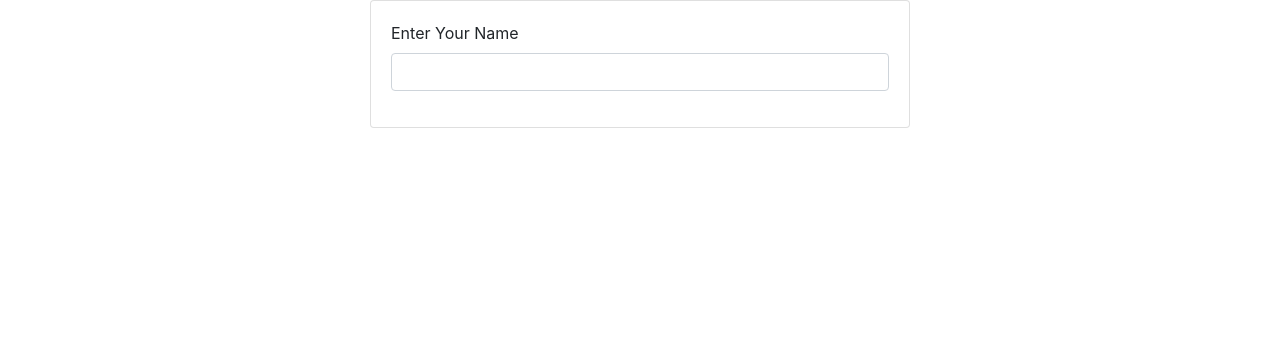
Repository: Hashim-Ansari-82/Servlet-And-JSP
Page: Submit-Form-App/src/main/webapp/index.html
These files come from the project's save history. The page is drawn as it stood at one moment and after the next save; the edit follows.
The browser window is 1280 px wide. The pictures show the whole page.
Some web libraries are served in a nearby version.

Above is the page before, as saved 2026-06-03 19:12:40.

### Submit-Form-App/src/main/webapp/index.html
<!DOCTYPE html>
<html>
<head>
<meta charset="UTF-8">
<title>Submit Form</title>
<link rel="stylesheet"
	href="https://cdn.jsdelivr.net/npm/bootstrap@4.0.0/dist/css/bootstrap.min.css"
	integrity="sha384-Gn5384xqQ1aoWXA+058RXPxPg6fy4IWvTNh0E263XmFcJlSAwiGgFAW/dAiS6JXm"
	crossorigin="anonymous">
</head>
<body>

	<div class="container">
		<div class="row">
			<div class="col-md-6 offset-md-3">
				<div class="card">
					<div class="card-body">
						<form action="register" method="post">
						 <div class="form-group">
						  <label>Enter Your Name</label>
						  <input type="text" name = "user_name" class="form-control">
						 </div>
						</form>
					</div>
				</div>
			</div>
		</div>
	</div>

	<script src="https://code.jquery.com/jquery-3.2.1.slim.min.js"
		integrity="sha384-KJ3o2DKtIkvYIK3UENzmM7KCkRr/rE9/Qpg6aAZGJwFDMVNA/GpGFF93hXpG5KkN"
		crossorigin="anonymous"></script>
	<script
		src="https://cdn.jsdelivr.net/npm/popper.js@1.12.9/dist/umd/popper.min.js"
		integrity="sha384-ApNbgh9B+Y1QKtv3Rn7W3mgPxhU9K/ScQsAP7hUibX39j7fakFPskvXusvfa0b4Q"
		crossorigin="anonymous"></script>
	<script
		src="https://cdn.jsdelivr.net/npm/bootstrap@4.0.0/dist/js/bootstrap.min.js"
		integrity="sha384-JZR6Spejh4U02d8jOt6vLEHfe/JQGiRRSQQxSfFWpi1MquVdAyjUar5+76PVCmYl"
		crossorigin="anonymous"></script>
</body>
</html>

After the next save:
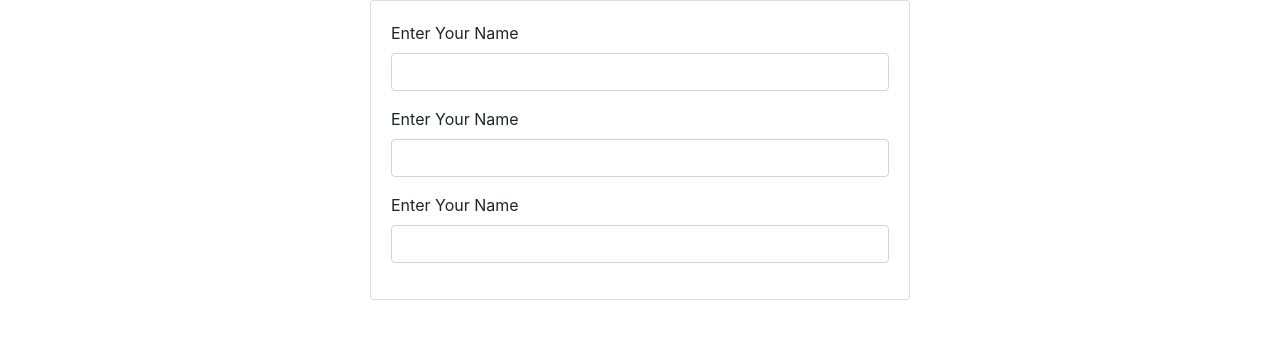
Saved 46 s later.
--- a/Submit-Form-App/src/main/webapp/index.html
+++ b/Submit-Form-App/src/main/webapp/index.html
@@ -16,10 +16,18 @@
 				<div class="card">
 					<div class="card-body">
 						<form action="register" method="post">
-						 <div class="form-group">
-						  <label>Enter Your Name</label>
-						  <input type="text" name = "user_name" class="form-control">
-						 </div>
+							<div class="form-group">
+								<label>Enter Your Name</label> <input type="text"
+									name="user_name" class="form-control">
+							</div>
+							<div class="form-group">
+								<label>Enter Your Name</label> <input type="text"
+									name="user_name" class="form-control">
+							</div>
+							<div class="form-group">
+								<label>Enter Your Name</label> <input type="text"
+									name="user_name" class="form-control">
+							</div>
 						</form>
 					</div>
 				</div>
